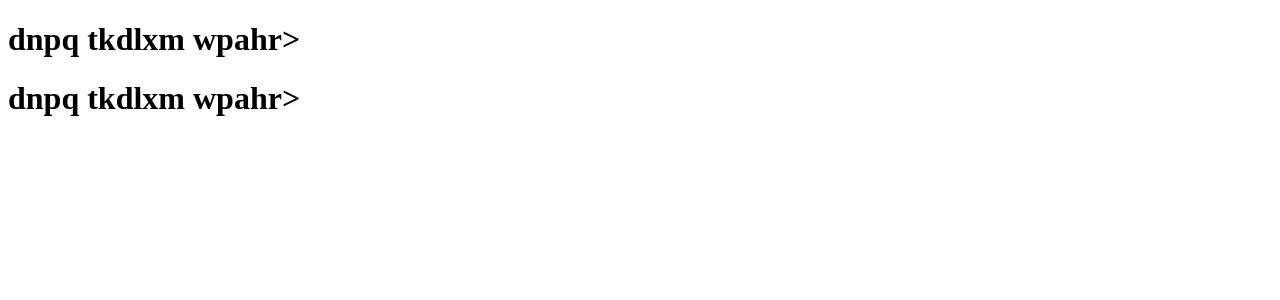
Repository: whdghks9241/springboot-workplace
Page: springTestProject-1/src/main/resources/static/index.html
These files come from the project's save history. The page is drawn as it stood at one moment and after the next save; the edit follows.
The browser window is 1280 px wide. The pictures show the whole page.

Above is the page before, as saved 2023-11-21 05:28:47.

### springTestProject-1/src/main/resources/static/index.html
<!DOCTYPE html>
<html>
	<head>
		<meta charset="UTF-8">
		<title>머릿말</title>
	</head>
	<body>
		<h1>dnpq tkdlxm wpahr>
		<h1>dnpq tkdlxm wpahr>
	</body>
</html>



























































	</body>
</html>

After the next save:
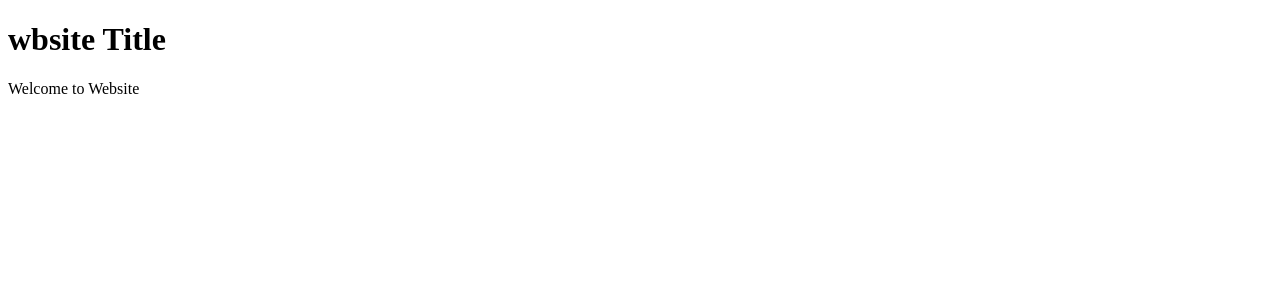
Saved 39 s later.
--- a/springTestProject-1/src/main/resources/static/index.html
+++ b/springTestProject-1/src/main/resources/static/index.html
@@ -5,8 +5,8 @@
 		<title>머릿말</title>
 	</head>
 	<body>
-		<h1>dnpq tkdlxm wpahr>
-		<h1>dnpq tkdlxm wpahr>
+	<h1> wbsite Title </h1>
+	<p>Welcome to Website</p>
 	</body>
 </html>
 
